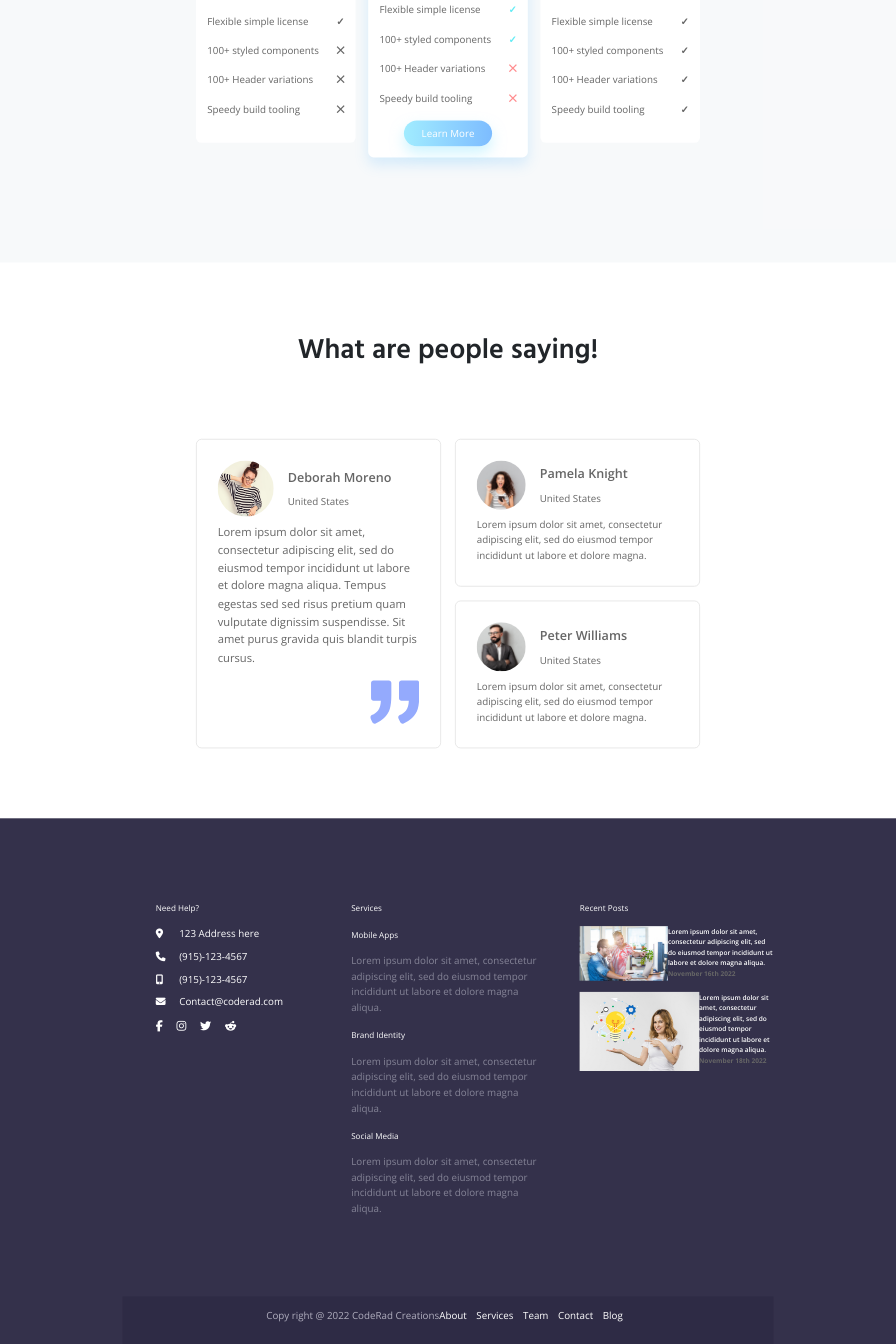
Repository: Sc-Juju/CodeRad
Page: index.html
An editor plug-in stored every save of this project. The page is shown before and after the next save, followed by the edit.
The browser window is 1280 px wide. The pictures show the part of the page from y = 2940 to 4860 px (the page is 4860 px tall), at 70% of full size.
Some web libraries are served in a nearby version.

Above is the page before, as saved 2022-11-16 14:08:16.

After the next save:
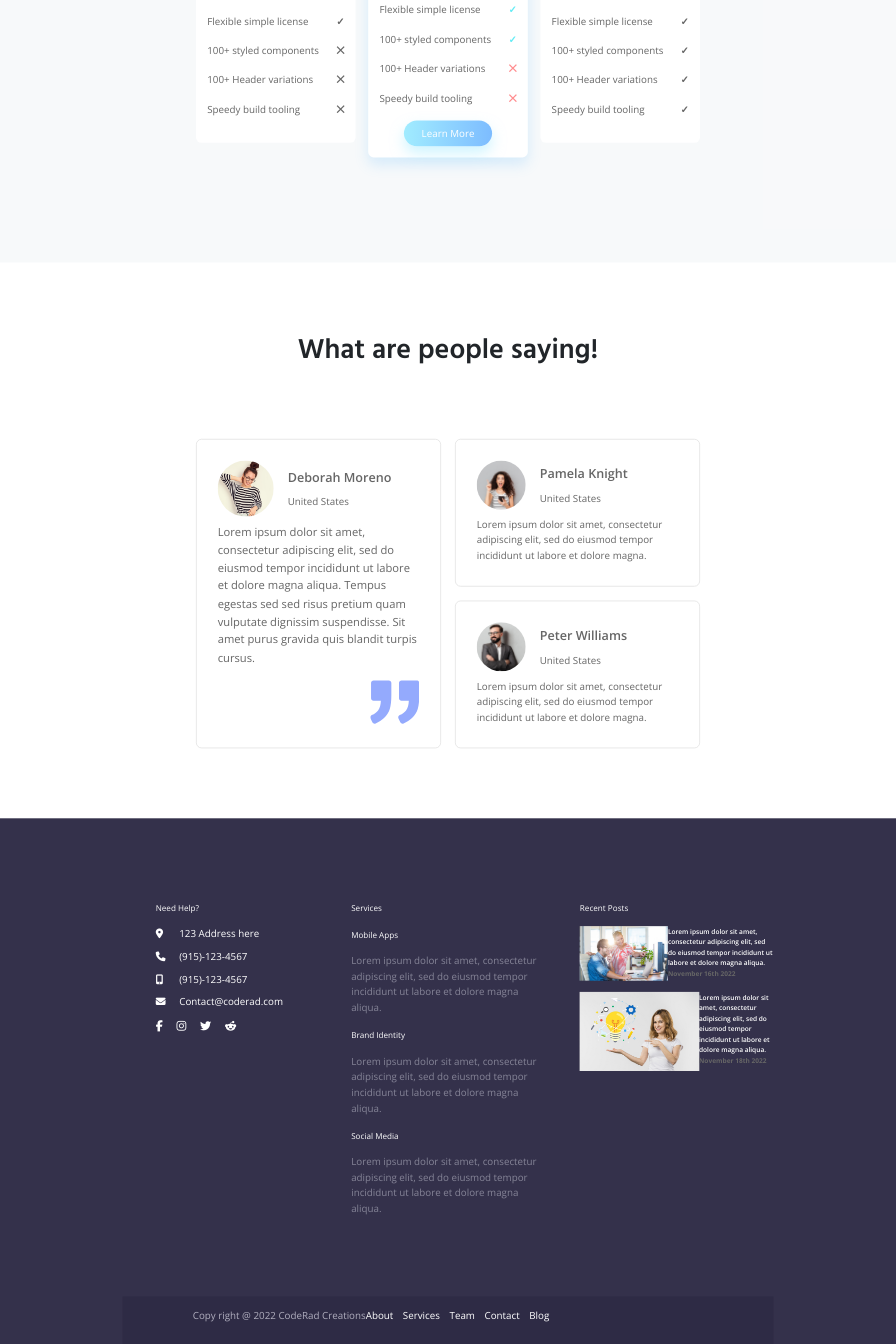
Saved 5 min 31 s later.
--- a/css/default.css
+++ b/css/default.css
@@ -97,7 +97,8 @@ img {
 
 @media (min-width:768px){
     .pricing-table,
-    .testimonial-grid{max-width:720px;}
+    .testimonial-grid,
+    .footer-bottom-wrapper{max-width:720px;}
 }
 
 @media (min-width:992px){
